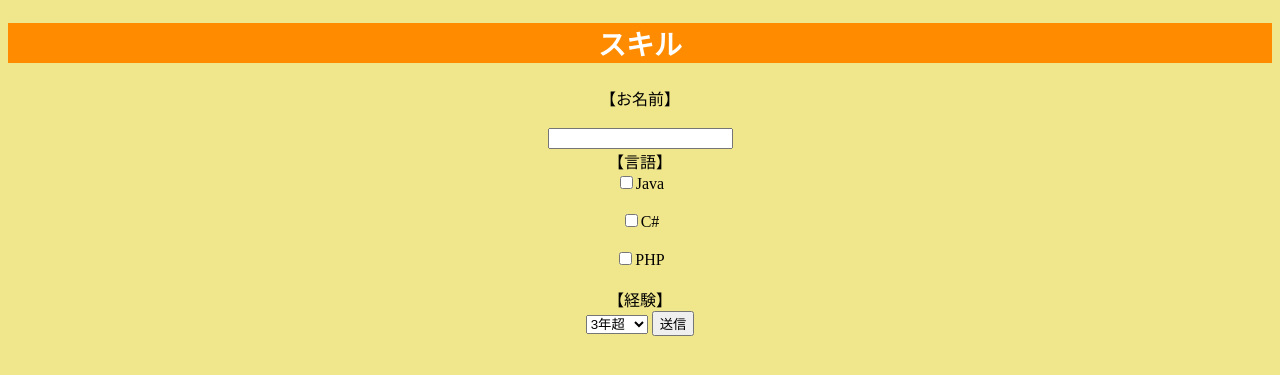
Repository: kazuya-arita/practice-eclipse
Page: JavaWebEx0801/src/main/webapp/input.html
The author's editor kept a copy of each file at every save. The page is drawn from the files as they stood at one save, then again after the next save.
The browser window is 1280 px wide. The pictures show the whole page.

Above is the page before, as saved 2024-05-26 06:38:23.

### JavaWebEx0801/src/main/webapp/input.html
<!DOCTYPE html>
<html>
<head>
<meta charset="UTF-8">
<title>入力フォーム</title>
<link rel="stylesheet" href="style.css">
</head>
<body>
	<h2>スキル</h2>
	<form action="input-servlet2" method="POST">
		<label>【お名前】</label><br><br>
		<input type="text" name="name" required><br>

		<label>【言語】</label><br>
		<input type="checkbox" name="verbal" value="Java">Java<br><br>
		<input type="checkbox" name="verbal" value="C#">C#<br><br>
		<input type="checkbox" name="verbal" value="PHP">PHP<br><br>

		<label>【経験】</label><br>
		<select name="experience">
			<option value="未経験">未経験</option>
			<option value="～1年">～1年</option>
			<option value="～3年">～3年</option>
			<option value="3年超" selected>3年超</option>
		</select>

		<input type="submit" value="送信">
	</form>


</body>
</html>

### JavaWebEx0801/src/main/webapp/style.css
@charset "UTF-8";

body {
	font-family: BIZ UDPゴシック;
	background-color: #f0e68c;
	text-align: center;
}

h1 {
	font-size: 32px;
    color: green
}

h2 {
	font-size: 28px;
    background-color: #ff8c00;
    color: white
}

After the next save:
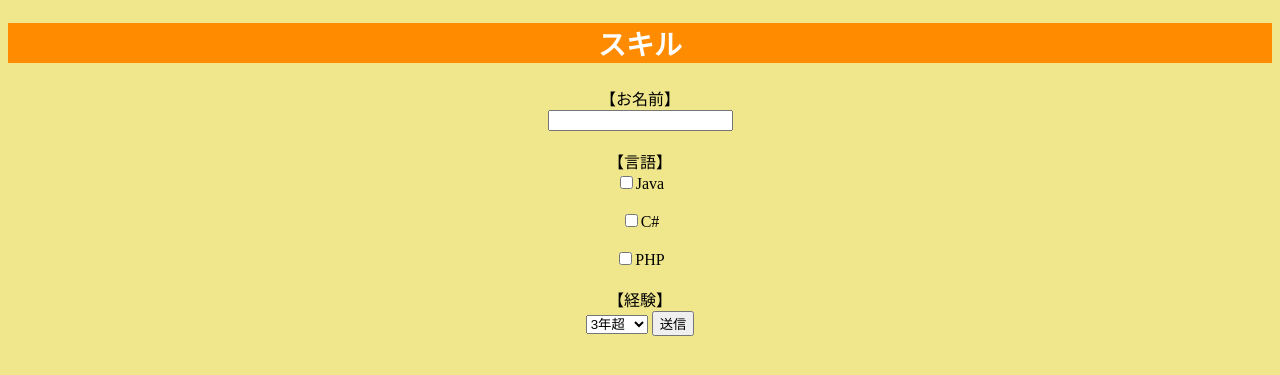
Saved 24 s later.
--- a/JavaWebEx0801/src/main/webapp/input.html
+++ b/JavaWebEx0801/src/main/webapp/input.html
@@ -8,8 +8,8 @@
 <body>
 	<h2>スキル</h2>
 	<form action="input-servlet2" method="POST">
-		<label>【お名前】</label><br><br>
-		<input type="text" name="name" required><br>
+		<label>【お名前】</label><br>
+		<input type="text" name="name" required><br><br>
 
 		<label>【言語】</label><br>
 		<input type="checkbox" name="verbal" value="Java">Java<br><br>
